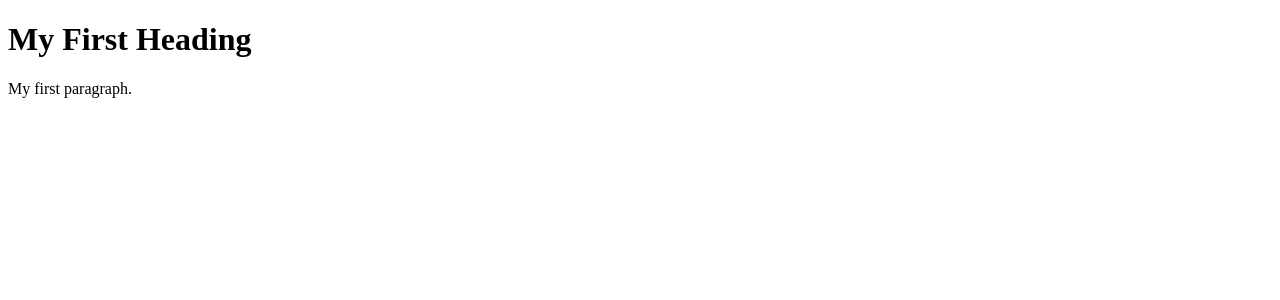
Repository: meganclapinski/meganclapinski.github.io
Page: index.html
The author's editor kept a record of every edit. The page is drawn from the files as they stood at one moment, then again after the next edit.
The browser window is 1280 px wide. The pictures show the whole page.

Above is the page before.

After the next edit:
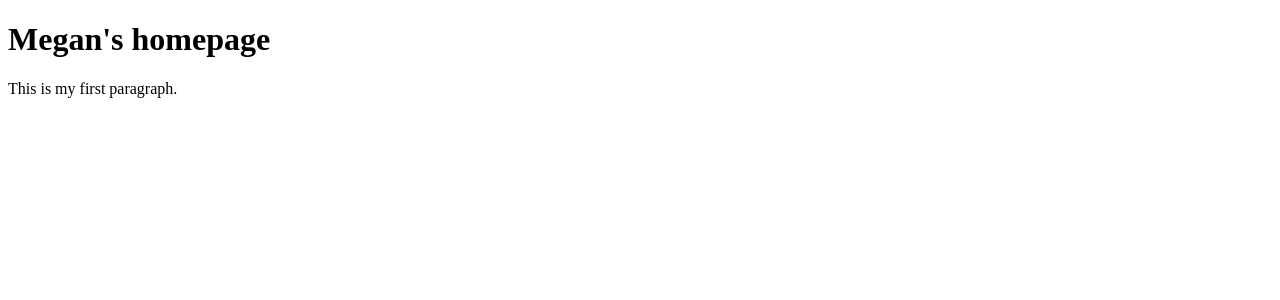
The edit:
--- a/index.html
+++ b/index.html
@@ -5,8 +5,8 @@
 </head>
 <body>
 
-    <h1>My First Heading</h1>
-    <p>My first paragraph.</p>
+    <h1>Megan's homepage</h1>
+    <p>This is my first paragraph.</p>
 
 </body>
 </html>
